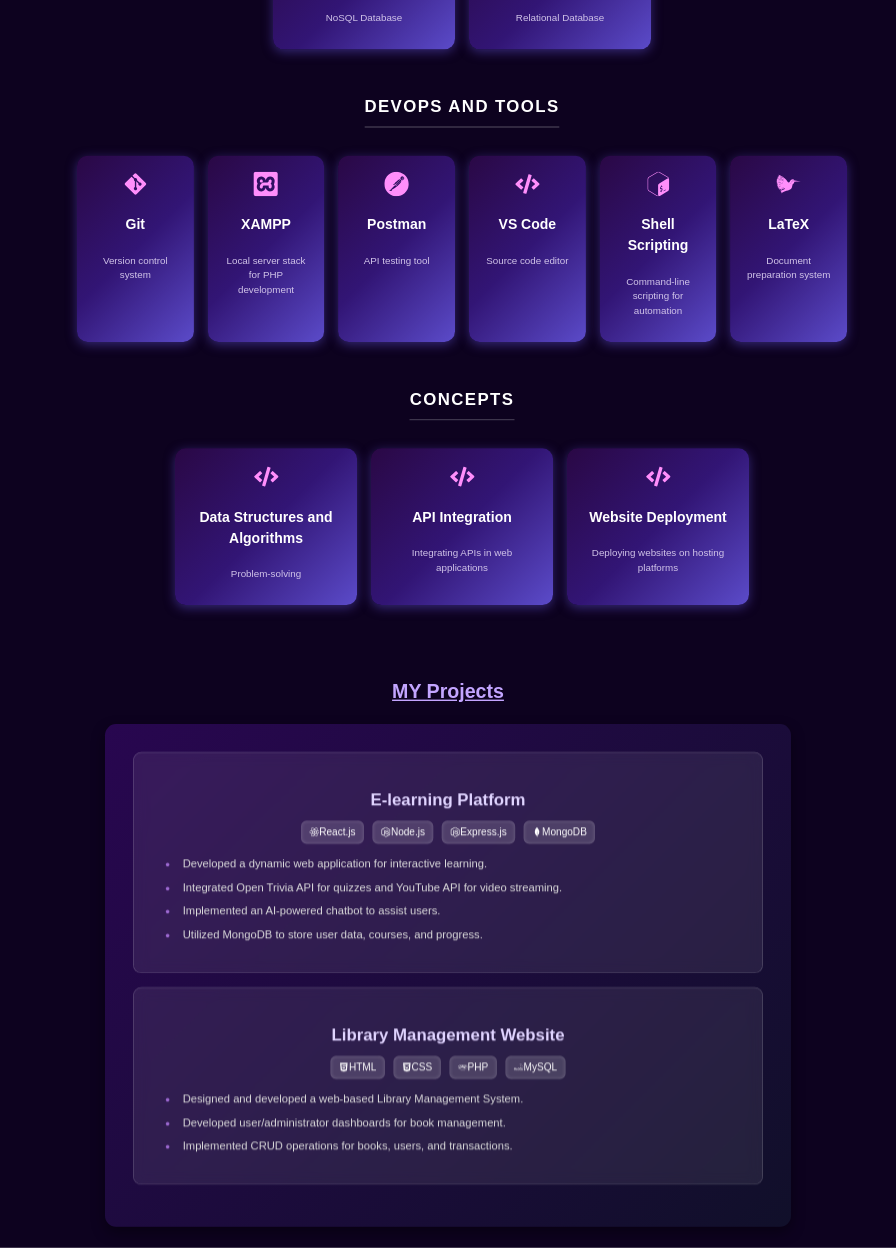
Repository: harshitap1305/Portfolio
Page: /
The author's editor kept a copy of each file at every save. The page is drawn from the files as they stood at one save, then again after the next save.
The browser window is 1280 px wide. The pictures show the part of the page from y = 2178 to 4098 px (the page is 3961 px tall before and 4098 px after), at 70% of full size.
The project was rebuilt for these pictures with package versions that can differ from the ones it lists, and the page was loaded fresh each time. Also part of the build but not shown: vite.config.js.

Above is the page before, as saved 2025-03-27 21:56:38.

After the next save:
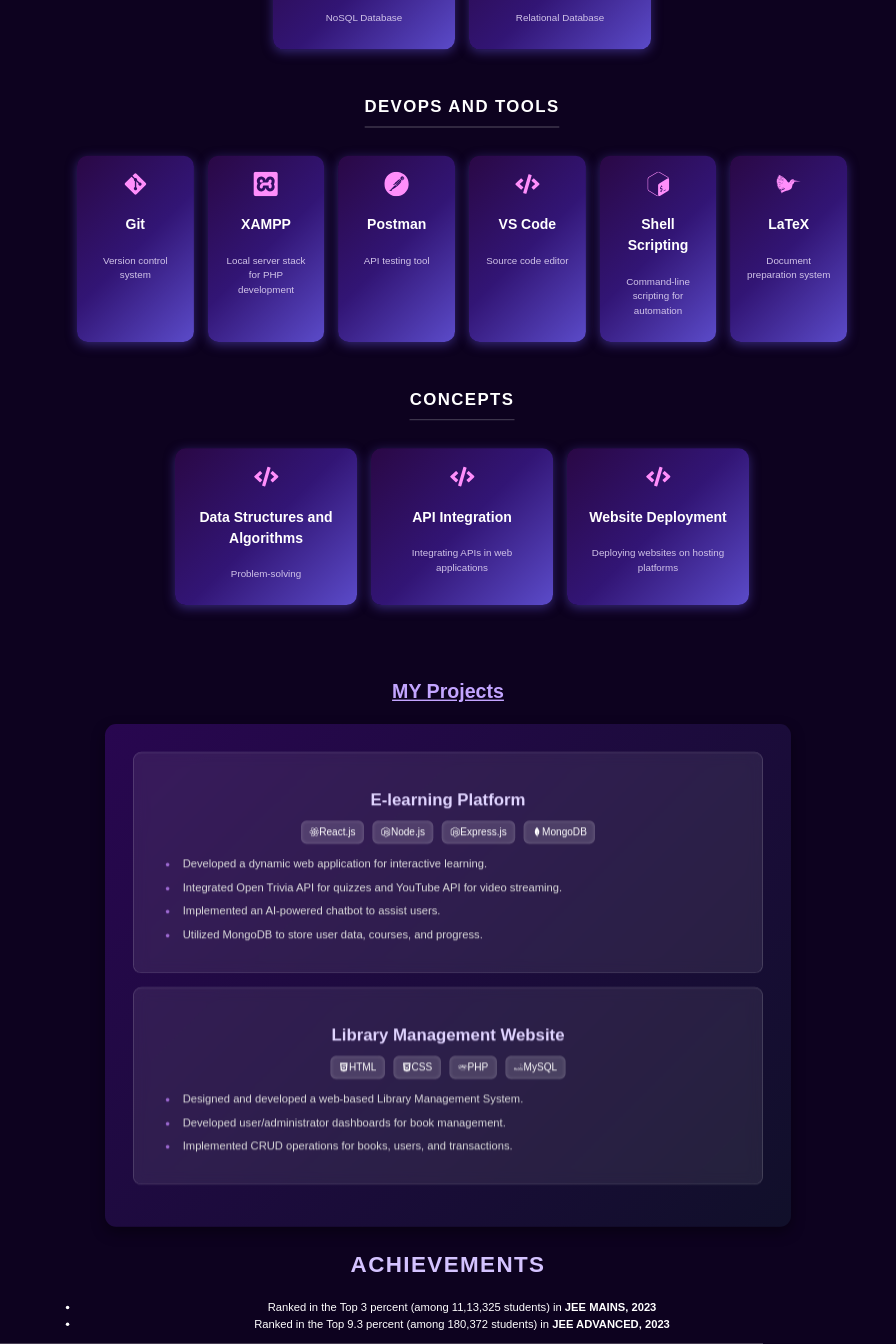
Saved 7 min 30 s later.
--- a/src/Home.jsx
+++ b/src/Home.jsx
@@ -98,6 +98,14 @@
       </div>
       <h1 className="projects-heading">MY Projects</h1>
       <Projects/>
+      <div className="achievements-container">
+  <h2 className="section-title">Achievements</h2>
+  <ul className="achievements-list">
+    <li>Ranked in the Top 3 percent (among 11,13,325 students) in <b>JEE MAINS, 2023</b></li>
+    <li>Ranked in the Top 9.3 percent (among 180,372 students) in <b>JEE ADVANCED, 2023</b></li>
+  </ul>
+</div>
+
     </>
   );
 };
